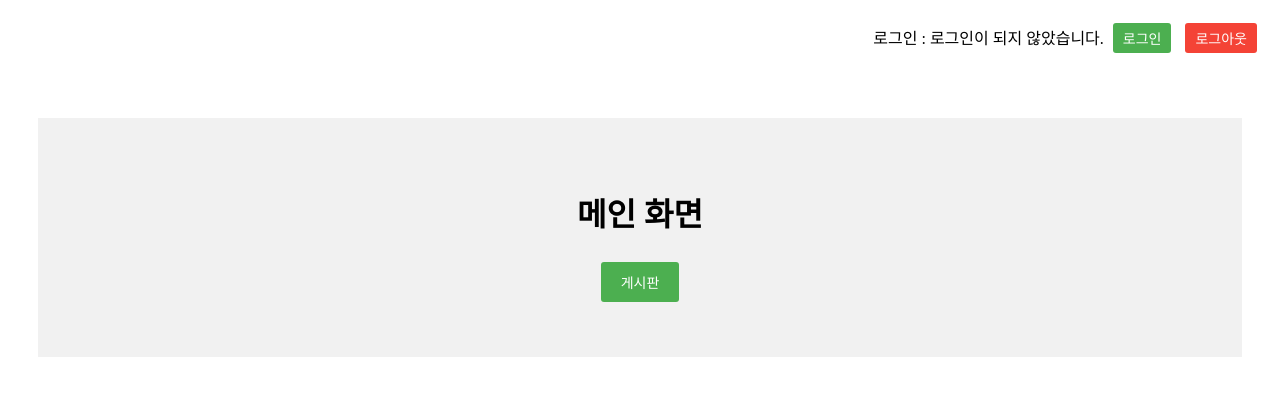
Repository: minjikimkim2222/BBS
Page: http://localhost/BBS/main.jsp
These files come from the project's save history. The page is drawn as it stood at one moment and after a run of saves; the edit follows.
The browser window is 1280 px wide. The pictures show the whole page.
The page is served by Tomcat 9.

Above is the page before, as saved 2024-01-01 09:16:18.

After the next 2 saves:
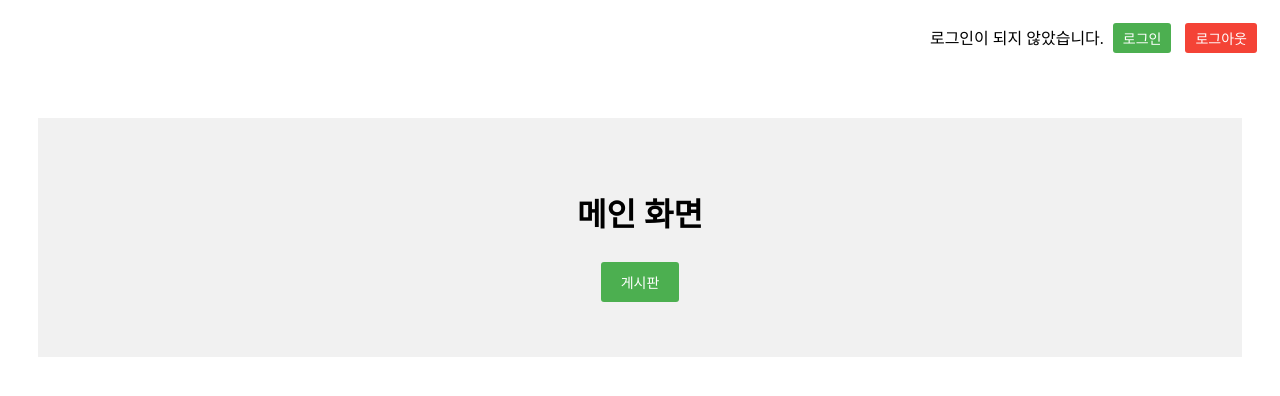
The 2 saves are shown as one change because they came seconds apart.
The last was saved 16 s later.
--- a/BBS/src/main/webapp/main.jsp
+++ b/BBS/src/main/webapp/main.jsp
@@ -12,12 +12,12 @@
 
     <div class="header">
         <!-- 메인으로 버튼 -->
-        <a> 로그인 :
+        <a>
         	<%
         	String userID = (String)session.getAttribute("userID");
 
         	if (userID != null) {
-        		out.print(userID + "님"); // 세션에 저장된 userID 출력
+        		out.print("로그인 : " + userID + "님"); // 세션에 저장된 userID 출력
         	}
         	else {
         		out.print("로그인이 되지 않았습니다.");
